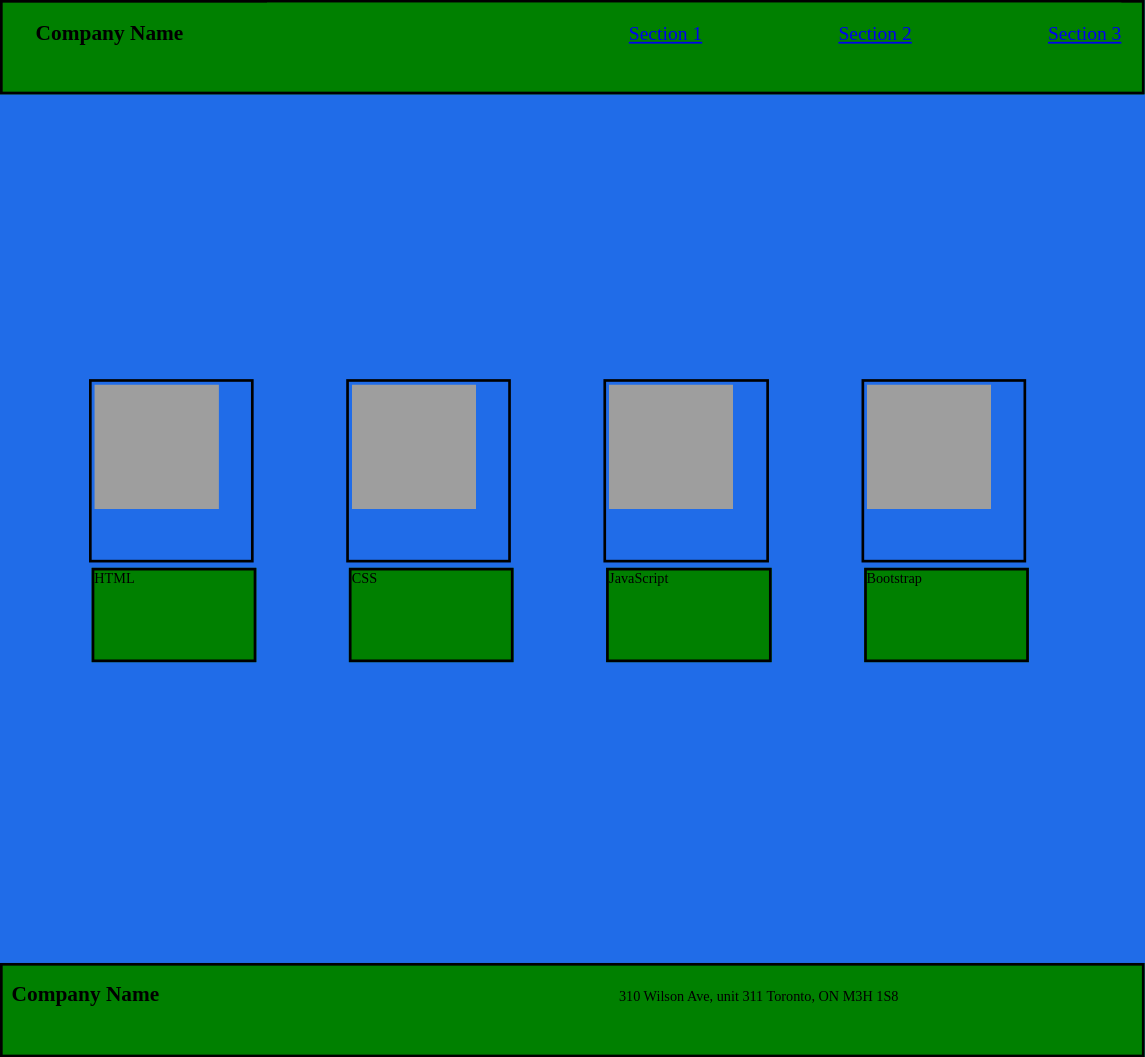
Repository: helloneibor/Project2
Page: section1.html
The author's editor kept a record of every edit. The page is drawn from the files as they stood at one moment, then again after the next edit.
The browser window is 1280 px wide. The page is 1286 px wide, so the pictures cover 1286 px, including what lies to the right of the window. The pictures show the whole page, at 89% of full size.
Pictures or frames that could not be fetched are drawn as grey boxes.

Above is the page before.

### section1.html
<!DOCTYPE html>
<html lang="en">
<head>
    <meta charset="UTF-8">
    <meta name="viewport" content="width=device-width, initial-scale=1.0">
    <meta http-equiv="X-UA-Compatible" content="ie=edge">
    <link rel="stylesheet"href="css/main.css"type="text/css" />
    <title> Project 2 </title>
</head>
<body>
        <header>
            <h2>Company Name</h2>
            <nav class="header_nav">
                <ul>
                    <li class="li1"><a href="section1.html">Section 1</a></li>
                    <li class="li1"><a href="section2.html">Section 2</a></li>
                    <li class="li1"><a href="section3.html">Section 3</a></li>
                </ul>
            </nav>
        </header>
                <section class="countainer">
                    <div>
                        <a href="https://en.wikipedia.org/wiki/HTML" target=_blank>
                        <img class="img_one" src="https://upload.wikimedia.org/wikipedia/commons/thumb/6/61/HTML5_logo_and_wordmark.svg/1200px-HTML5_logo_and_wordmark.svg.png" alt="https://en.wikipedia.org/wiki/HTML"></img>
                        </a>
                        <footer> HTML </footer>
                    </div>
                        <div>
                        <a href="https://en.wikipedia.org/wiki/Cascading_Style_Sheets" target=_blank>
                        <img class="img_one" src="https://www.mishelshaji.com/wp-content/uploads/2018/10/css3_logo.png" alt="https://en.wikipedia.org/wiki/Cascading_Style_Sheets"></img>
                        </a>
                            <footer> CSS </footer>
                    </div>
                        <div>
                        <a href="https://www.javascript.com/" target=_blank>
                        <img class="img_one" src="https://searchlite.nl/wp-content/uploads/2016/08/JavaScript.png" alt="https://www.javascript.com/"></img>
                        </a>
                            <footer> JavaScript </footer>
                    </div>
                        <div>
                        <a href="https://getbootstrap.com/" target=_blank>
                        <img class="img_one" src="https://upload.wikimedia.org/wikipedia/commons/e/ea/Boostrap_logo.svg" alt="https://getbootstrap.com/L"></img>
                        </a>
                            <footer> Bootstrap </footer>
                    </div>
                </section>
                        <footer>
            <nav class="footer_nav">
                <h2 id="footer_head"> Company Name </h2>
                <p class="para_footer"> 310 Wilson Ave,
                unit 311
                Toronto, ON M3H 1S8 </p>
            </nav>
        </footer>
    </body>
        </html>

### css/main.css
body {
    background-color: #206ce8;
/*    border-style: solid;
    border-color: black;
    border-width: 5px;*/
    margin: 0px;
    padding: 0px;
}

header {
    height: 100px;
    background-color: green;
    border-bottom-color: black;
    border-style: solid;
    border-color: black;
    width: 100%;
    display: inline-block;
}

.header_nav {
    background-color: green;
    display:inline-block;
    width: 75%;
    text-align: right;
    font-size: 22px;
}

.header_nav .li1 {
    display: inline-block;
    width: 15%;
    text-align: right;
    margin-left: 10%;
}

h2 {
    width:20%;
    display: inline-block;
    margin-left: 37px;
}

#footer_head {
    width:20%;
    display: inline-block;
    margin-left: 10px;
}

footer {
    height: 100px;
    background-color: green;
    border-bottom-color: black;
    border-style: solid;
    border-color: black;
    width: 100%;
    display: inline-block;
    margin-top: 33%;
}

.para_footer {
    display:inline-block;
    text-align: right;
    margin-left: 33%;
    margin-right: 0px;
}

.countainer {
    width: 100%;
    height: 100%;
    margin-top: 25%;
}

.col3 {
    width: 20%;
    height: 20%;
    display: inline-block;
}

div {
    display: inline-block;
    width: 14%;
    height: 200px;
    margin-left: 100px;
    border-color: black;
    border-width: 3px;
    border-style: solid;
}

.img_one {
    height: 140px;
    width: 140px;
    margin:3px;
}

.div_foot {
    color: black;
    font-size: 20px;
}

form {
    height: 320px;
    width: 700px;
    border-color: black;
    border-width: 3px;
    border-style: solid;
    margin-left: 25%;
    margin-top: 15%;
}

.form_one {
    display: block;
}

form h1 {
    text-align: center;
    text-decoration: bold;
}

#submit_one {
    margin: 20%;
}

After the next edit:
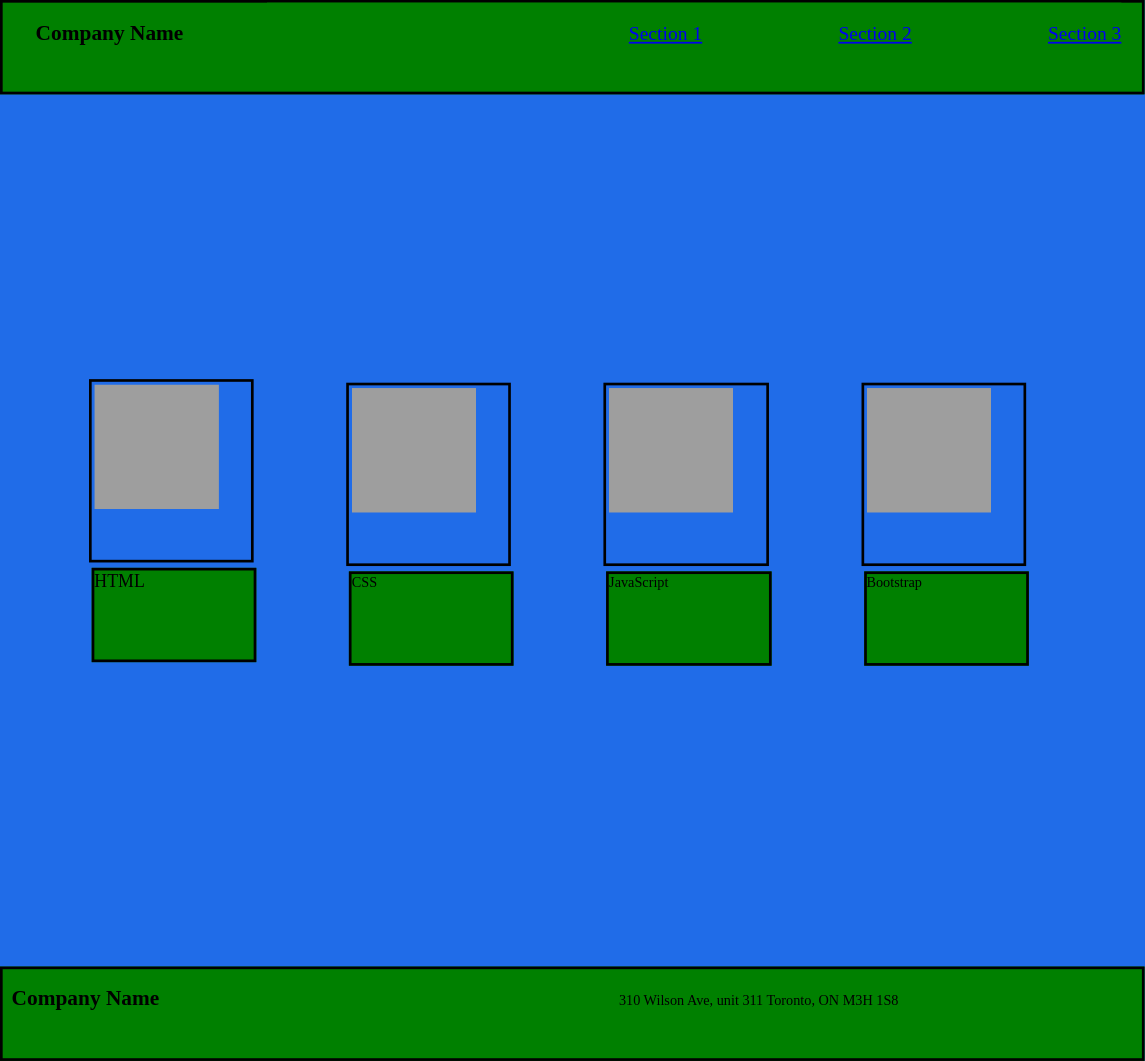
The edit:
--- a/section1.html
+++ b/section1.html
@@ -23,7 +23,7 @@
                         <a href="https://en.wikipedia.org/wiki/HTML" target=_blank>
                         <img class="img_one" src="https://upload.wikimedia.org/wikipedia/commons/thumb/6/61/HTML5_logo_and_wordmark.svg/1200px-HTML5_logo_and_wordmark.svg.png" alt="https://en.wikipedia.org/wiki/HTML"></img>
                         </a>
-                        <footer> HTML </footer>
+                        <footer class="div_foot"> HTML </footer>
                     </div>
                         <div>
                         <a href="https://en.wikipedia.org/wiki/Cascading_Style_Sheets" target=_blank>
